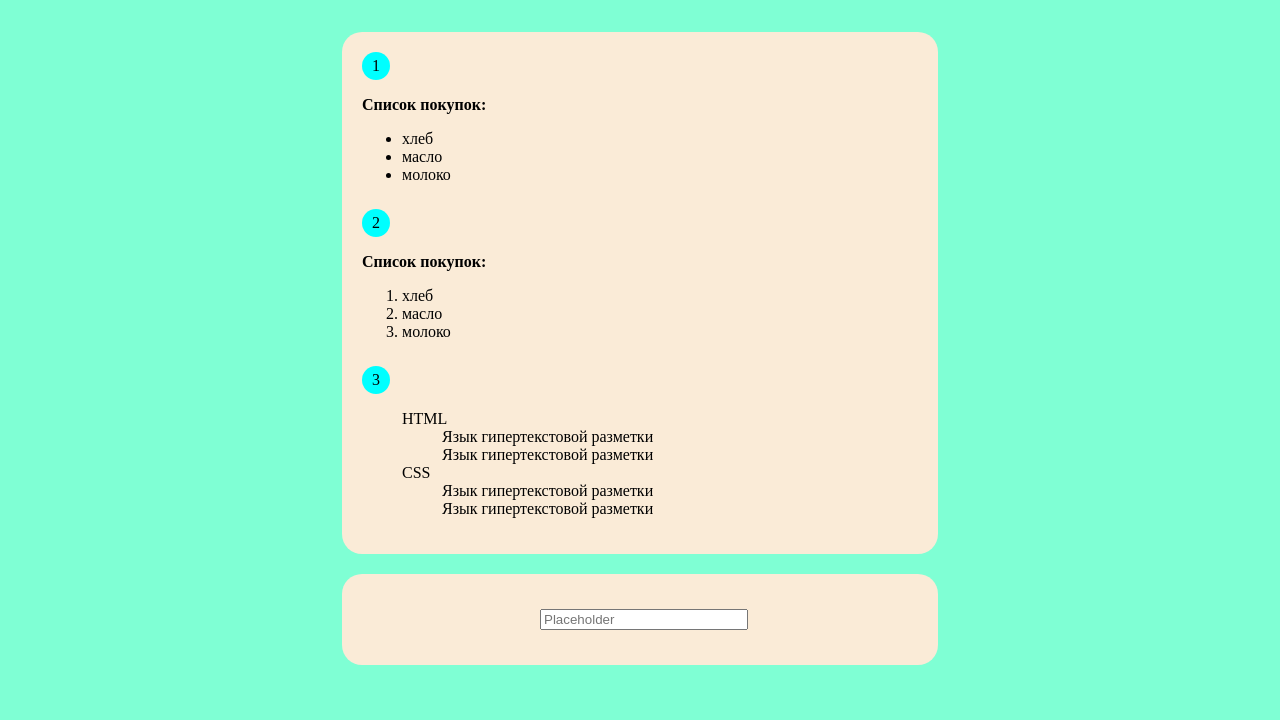
Repository: Savich01/-
Page: html/index.html
The author's editor kept a copy of each file at every save. The page is drawn from the files as they stood at one save, then again after the next save.
The browser window is 1280 px wide. The pictures show the whole page.

Above is the page before, as saved 2024-05-31 15:05:34.

After the next save:
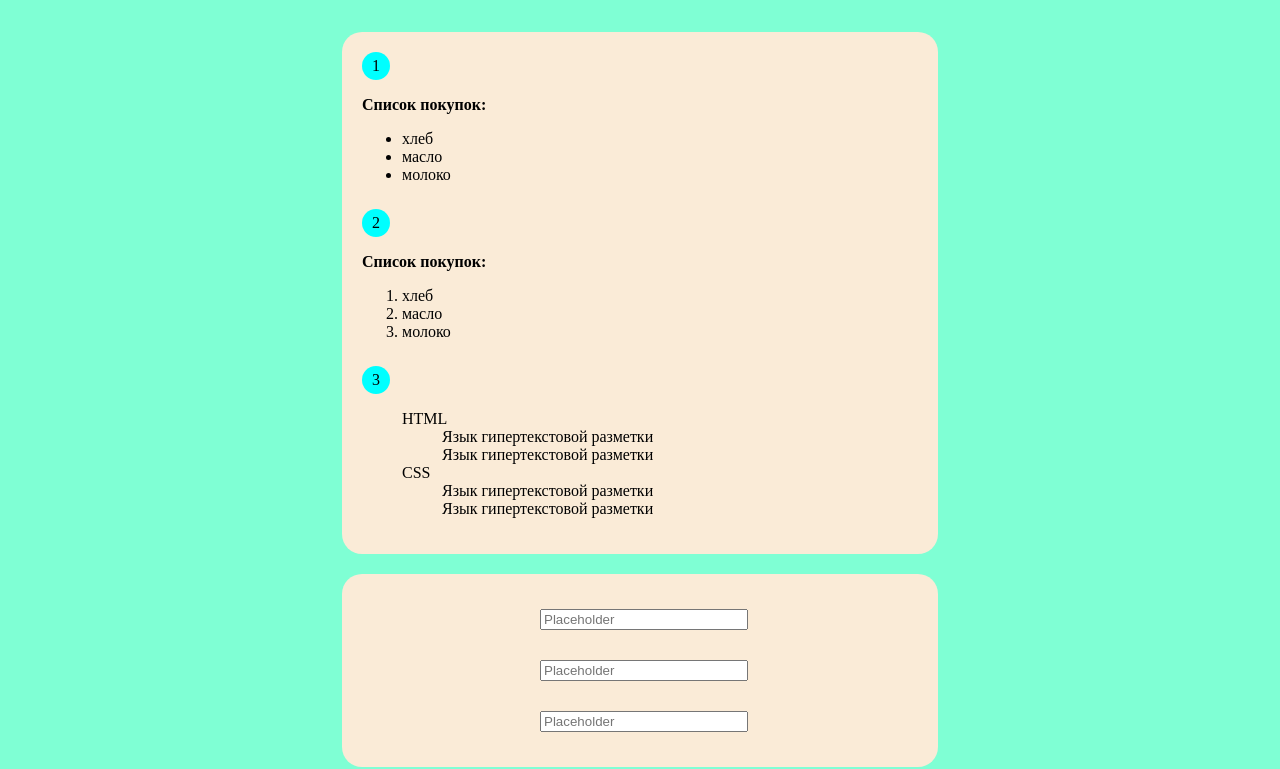
Saved 62 s later.
--- a/html/index.html
+++ b/html/index.html
@@ -55,6 +55,12 @@
                 <div class="main-descr">
                     <input class="input" type="text" placeholder="Placeholder">
                 </div>
+                <div class="main-descr">
+                    <input class="input" type="text" placeholder="Placeholder">
+                </div>
+                <div class="main-descr">
+                    <input class="input" type="text" placeholder="Placeholder">
+                </div>
             </section>
         </div>
     </main>
